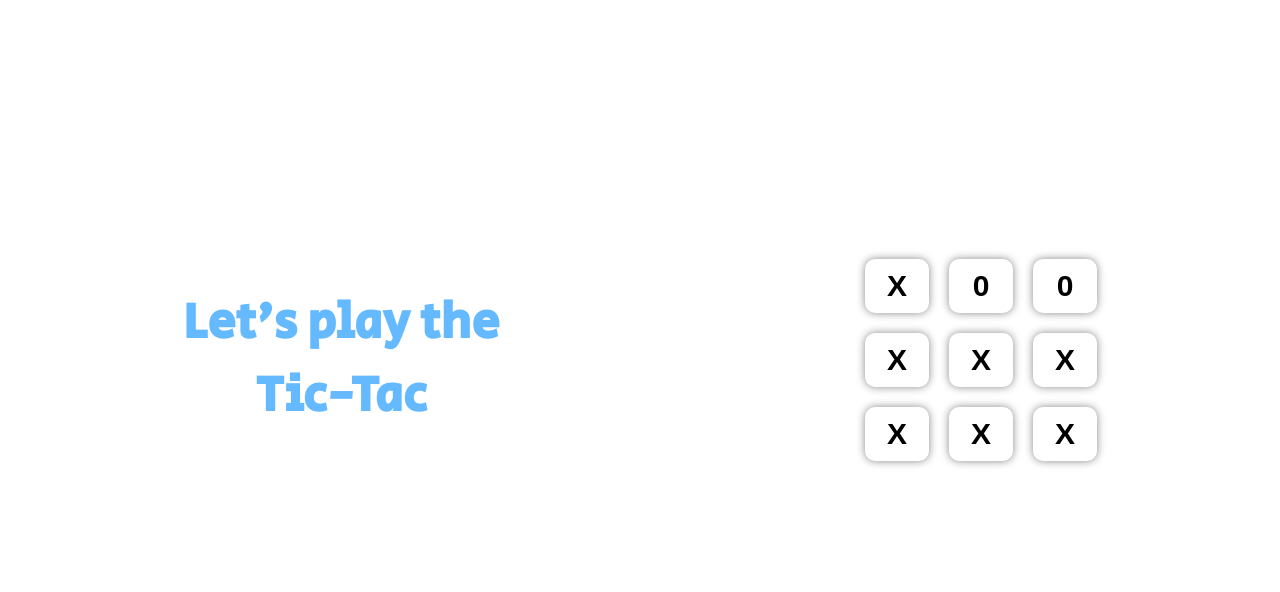
Repository: evergreenx/tic-tac
Page: /
These files come from the project's save history. The page is drawn as it stood at one moment and after the next save; the edit follows.
The browser window is 1280 px wide. The pictures show the whole page.
The project was rebuilt for these pictures with package versions that can differ from the ones it lists, and the page was loaded fresh each time.

Above is the page before, as saved 2022-04-20 19:54:08.

After the next save:
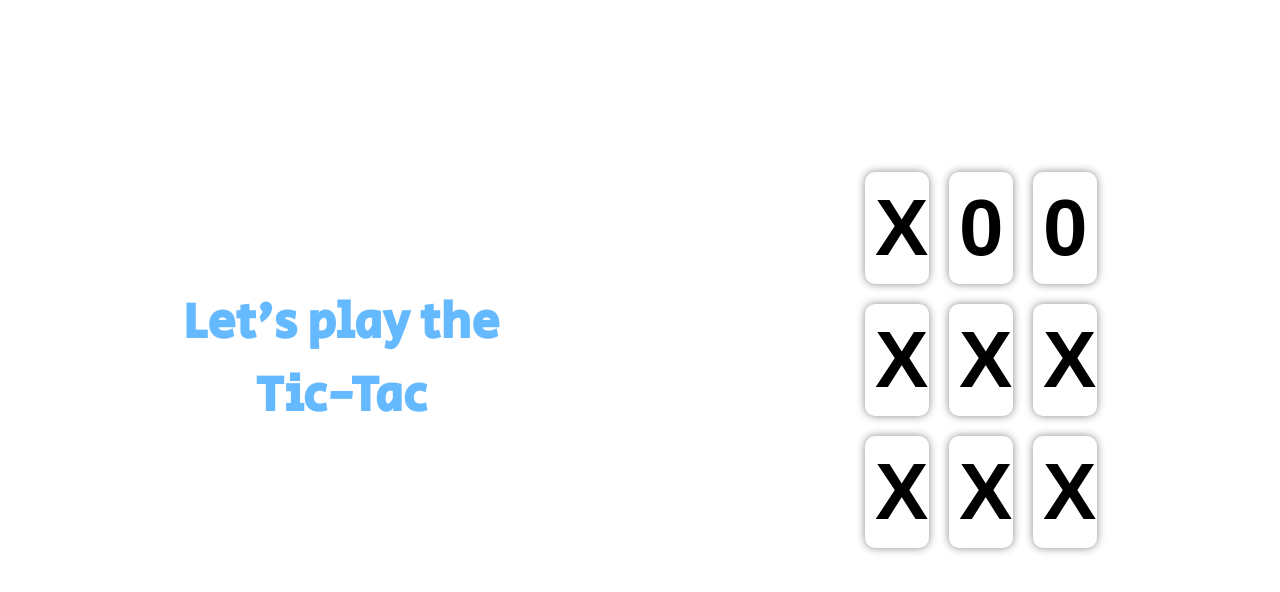
Saved 20 s later.
--- a/src/components/Board/Board.scss
+++ b/src/components/Board/Board.scss
@@ -4,7 +4,7 @@
   grid-gap:20px;
 
   button {
-    font-size: 30px;
+    font-size: 5rem;
     font-weight: 800;
     padding: 10px;
     border: none;
